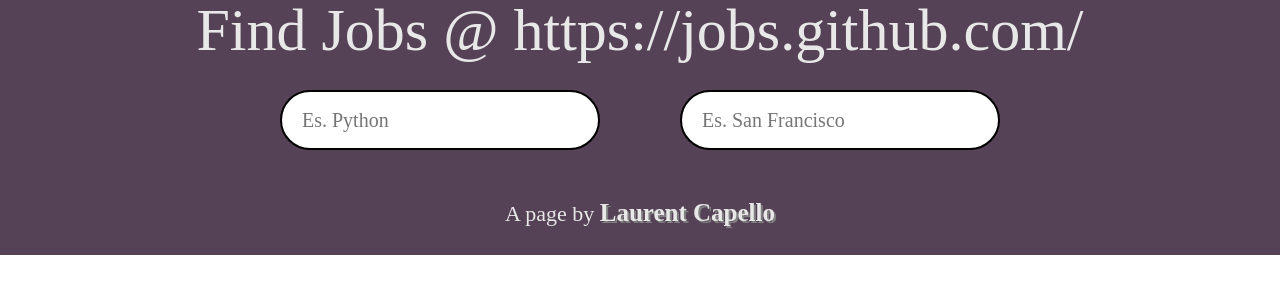
Repository: sokafootball/job-finder
Page: /
The author's editor kept a copy of each file at every save. The page is drawn from the files as they stood at one save, then again after the next save.
The browser window is 1280 px wide. The pictures show the whole page.
The page's requests for data from a server got no answer. The project was rebuilt for these pictures with package versions that can differ from the ones it lists, and the page was loaded fresh each time. No one was signed in, and anything a server would have sent is missing. Also part of the build but not shown: src/components/JobCard/JobCard.css, src/components/JobCard/JobCard.js.

Above is the page before, as saved 2020-10-23 12:21:32.

### src/index.js
import 'bootstrap/dist/css/bootstrap.css';
import React from 'react';
import ReactDOM from 'react-dom';
import './index.css';
import App from './components/App/App';
import * as serviceWorker from './serviceWorker';

ReactDOM.render(
  <React.StrictMode>
    <App />
  </React.StrictMode>,
  document.getElementById('root')
);

// If you want your app to work offline and load faster, you can change
// unregister() to register() below. Note this comes with some pitfalls.
// Learn more about service workers: https://bit.ly/CRA-PWA
serviceWorker.unregister();

### src/index.css
body {
  margin: 0;
  font-family: -apple-system, BlinkMacSystemFont, 'Segoe UI', 'Roboto', 'Oxygen',
    'Ubuntu', 'Cantarell', 'Fira Sans', 'Droid Sans', 'Helvetica Neue',
    sans-serif;
  -webkit-font-smoothing: antialiased;
  -moz-osx-font-smoothing: grayscale;
}

code {
  font-family: source-code-pro, Menlo, Monaco, Consolas, 'Courier New',
    monospace;
}

/* http://meyerweb.com/eric/tools/css/reset/
   v2.0 | 20110126
   License: none (public domain)
*/

html, body, div, span, applet, object, iframe,
h1, h2, h3, h4, h5, h6, p, blockquote, pre,
a, abbr, acronym, address, big, cite, code,
del, dfn, em, img, ins, kbd, q, s, samp,
small, strike, strong, sub, sup, tt, var,
b, u, i, center,
dl, dt, dd, ol, ul, li,
fieldset, form, label, legend,
table, caption, tbody, tfoot, thead, tr, th, td,
article, aside, canvas, details, embed,
figure, figcaption, footer, header, hgroup,
menu, nav, output, ruby, section, summary,
time, mark, audio, video {
	margin: 0;
	padding: 0;
	border: 0;
	font-size: 100%;
	font: inherit;
	vertical-align: baseline;
}
/* HTML5 display-role reset for older browsers */
article, aside, details, figcaption, figure,
footer, header, hgroup, menu, nav, section {
	display: block;
}
body {
	line-height: 1;
}
ol, ul {
	list-style: none;
}
blockquote, q {
	quotes: none;
}
blockquote:before, blockquote:after,
q:before, q:after {
	content: '';
	content: none;
}
table {
	border-collapse: collapse;
	border-spacing: 0;
}

### src/components/App/App.js
import React from 'react';
import './App.css';
import Footer from "../Footer/Footer"
import Header from "../Header/Header"
import MainContent from "../MainContent/MainContent"
import Background from "../../background.jpg"

function App() {


  const style ={
    backgroundColor: "hsl(206, 29%, 66%)"
  }

  return (
    <div id="main-div">
      <Header />
      <MainContent />
      <Footer />
    </div>
  );
}

export default App;

### src/components/App/App.css
:root{
  --background-color: #564256;
  --cards-bg-color: #96939B;
  --font-color: #E8E8E8;
}

.App {
  text-align: center;
}

.App-logo {
  height: 40vmin;
  pointer-events: none;
}

@media (prefers-reduced-motion: no-preference) {
  .App-logo {
    animation: App-logo-spin infinite 20s linear;
  }
}

.App-header {
  min-height: 100vh;
  display: flex;
  flex-direction: column;
  align-items: center;
  justify-content: center;
  font-size: calc(10px + 2vmin);
  color: white;
}

.App-link {
  color: #61dafb;
}

@keyframes App-logo-spin {
  from {
    transform: rotate(0deg);
  }
  to {
    transform: rotate(360deg);
  }
}

#main-div{
  background-color: var(--background-color);
  align-items: center;
  display: flex;
  flex-direction: column;
  color: var(--font-color);
}

### src/components/Footer/Footer.js
import React from 'react';
import './Footer.css';

function Footer(){
  return (
    <p id="footer">A page by <span id="signature">Laurent Capello</span></p>
  )
}

export default Footer

### src/components/Header/Header.js
import React from 'react';
import './Header.css';

function Header(){
  return (
      <p id="title">Find Jobs @ https://jobs.github.com/</p>
  )
}

export default Header

### src/components/MainContent/MainContent.js
import React, {useState, useEffect, useCallback} from 'react';
import _ from 'lodash';
import './MainContent.css';
import SearchForm from "../SearchForm/SearchForm"
import JobCard from "../JobCard/JobCard"

function MainContent(){
  const[jobCards, setJobCards] = useState([])
  const[data, setData] = useState([])
  const[userInput, setUserInput] = useState({
    description: "",
    location: "",
    fullTime: true
  })

  const handleFormChange = e => {
    const {name, value, type, checked} = e.target
    type === "checkbox"
      ? setUserInput({...userInput, [name]: checked})
      : setUserInput({...userInput,[name]: value})
  }

  const buildUrl = () => {
    let url = "https://jobs.github.com/positions.json?"
    url += userInput.description ? `&description=${userInput.description}` : ""
    url += userInput.location ? `&location=${userInput.location}` : ""
    url += userInput.fullTime ? `&full_time=${userInput.fullTime}` : ""
    return url
    }

  const getData = url => {
    fetch(url)
    .then(response => response.json())
    .then(data => setData(data))
  }

  const debouncedGetData = useCallback(_.debounce(getData, 1500,{leading: true}),[])

  useEffect(() => {
    const url = buildUrl()
    debouncedGetData(url)
  // eslint-disable-next-line react-hooks/exhaustive-deps
  }, [userInput])

  useEffect(() => {
    let cards = []
    if(data.length !== 0) {
      cards = data.map(job => {
        return <JobCard
          key={job.id}
          date={job.created_at}
          logo={job.company_logo}
          company={job.company}
          location={job.location}
          type={job.type}
          title={job.title}
          url={job.url}
          description={job.description}
        />
     })
    }
    setJobCards(cards)
  // eslint-disable-next-line react-hooks/exhaustive-deps
  }, [data])

    return (
      <div id="main">
        <SearchForm
          handleFormChange={handleFormChange}
          userInput={userInput}
        />
        {jobCards}
      </div>
    )
}

export default MainContent

### src/components/Footer/Footer.css
#footer{
  font-size: 22px;
  margin: 20px 0px 30px 0px;
}

#signature{
  text-shadow: grey 2px 2px;
  font-size: 25px;
  font-weight: 800;
}

### src/components/Header/Header.css
#title{
  font-size: 60px;
}

### src/components/MainContent/MainContent.css
#main{
  align-items: center;
  display: flex;
  flex-direction: column;
  justify-content: space-between;
}

### src/components/SearchForm/SearchForm.js
import React from 'react';
import './SearchForm.css';

function SearchForm(props){
  return (
    <div id="form-container">
        <input
          className="input-text"
          name="description"
          type="text"
          onChange={e => props.handleFormChange(e)}
          placeholder="Es. Python"
          value={props.userInput.description}
        />
        <input
          className="input-text"
          name="location"
          type="text"
          onChange={e => props.handleFormChange(e)}
          placeholder="Es. San Francisco"
          value={props.userInput.location}
        />
    </div>
  )
}

export default SearchForm

### src/components/SearchForm/SearchForm.css
input{
  cursor: pointer;
}

.input-text {
  border: 2px solid black;
  border-radius: 30px;
  font-size: 20px;
  height: 60px;
  outline: none;
  padding: 0px 20px;
  width: 40%;
}

#form-container{
  display: flex;
  justify-content: space-around;
  margin: 30px;
  width: 800px;
}

Loaded but not shown: public/index.html (common file); src/serviceWorker.js (common file)

After the next save:
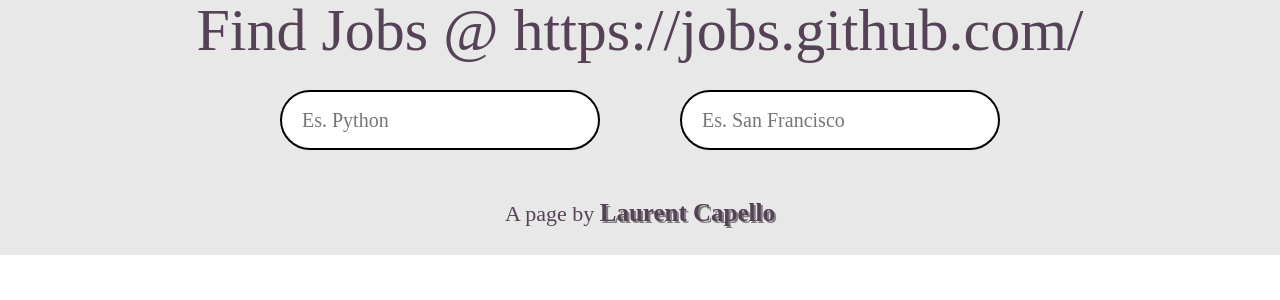
Saved 42 s later.
--- a/src/components/App/App.css
+++ b/src/components/App/App.css
@@ -1,7 +1,8 @@
 :root{
-  --background-color: #564256;
+  --background-color: #E8E8E8;
   --cards-bg-color: #96939B;
-  --font-color: #E8E8E8;
+  --font-color: #564256;
+
 }
 
 .App {
